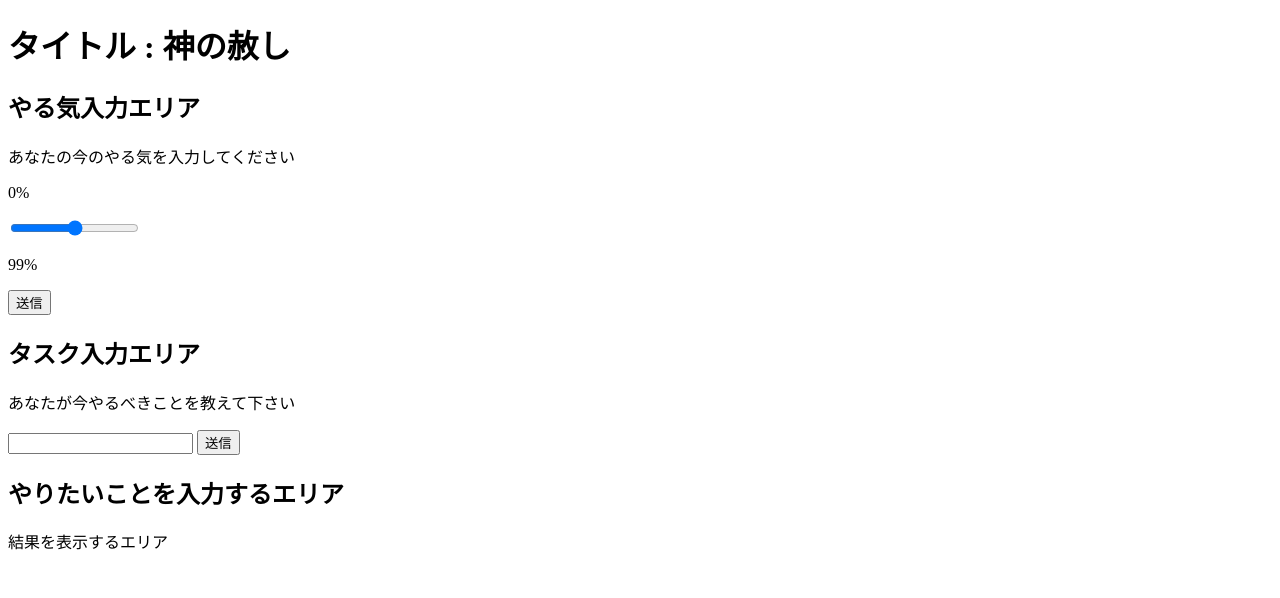
Repository: masa0306/god_forgiveness
Page: index.html
An editor plug-in stored every save of this project. The page is shown before and after a run of saves, followed by the edit.
The browser window is 1280 px wide. The pictures show the whole page.

Above is the page before, as saved 2024-05-14 23:14:49.

### index.html
<!DOCTYPE html>
<html lang="en">
<head>
    <meta charset="UTF-8">
    <meta name="viewport" content="width=device-width, initial-scale=1.0">
    <title>Document</title>
</head>
<body>
<!-- タイトルトップ -->
<!-- 神の許しを請うボタンを設置し、それを押すと始まるイメージ -->
    <div><h1>タイトル : 神の赦し</h1></div>
    <!-- やる気を入力するエリア -->
    <div>
        <h2>やる気入力エリア</h2>
        <p>あなたの今のやる気を入力してください</p>
        <p>0%</p>
        <input type="range" name="motivation" min="0" max="99" id="motivationValue">
        <p>99%</p>
        <button id="sendMotivation">送信</button>
    </div>

    <div><h2>タスク入力エリア</h2></div>
        <p>あなたが今やるべきことを教えて下さい</p>
        <input type="text" name="toDo"id="toDo">
        <button id="sendToDo">送信</button>

    <div>
        <h2>やりたいことを入力するエリア</h2>

    </div>

    <div>結果を表示するエリア</div>
    <script src="https://ajax.googleapis.com/ajax/libs/jquery/3.7.0/jquery.min.js"></script>
    <script src="/js/script.js"></script>

</body>
</html>

### js/script.js
// やる気の取得
function motivation() {
    $('#sendMotivation').on("click",function(){
        motivation=$("#motivationValue").val()
        console.log(motivation);
    })
};


// やるべきことの取得
function toDo() {
    $('#sendToDo').on("click",function(){
        toDo=$("#toDo").val()
        console.log(toDo);
    })
};

// 最初に読み込むドキュメント
$(document).ready(function() {
    motivation();
    toDo();
});

After the next 2 saves:
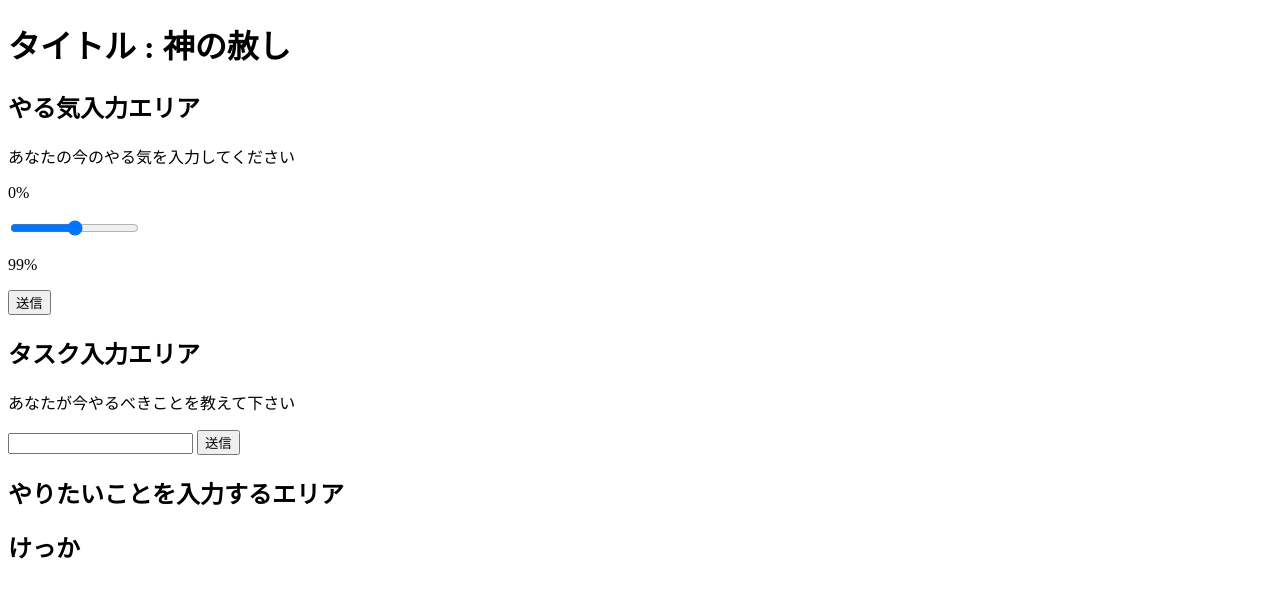
The 2 saves are shown as one change because they came seconds apart.
The last was saved 9 s later.
--- a/index.html
+++ b/index.html
@@ -29,7 +29,7 @@
 
     </div>
 
-    <div>結果を表示するエリア</div>
+    <div><h2>けっか</h2></div>
     <script src="https://ajax.googleapis.com/ajax/libs/jquery/3.7.0/jquery.min.js"></script>
     <script src="/js/script.js"></script>
 
